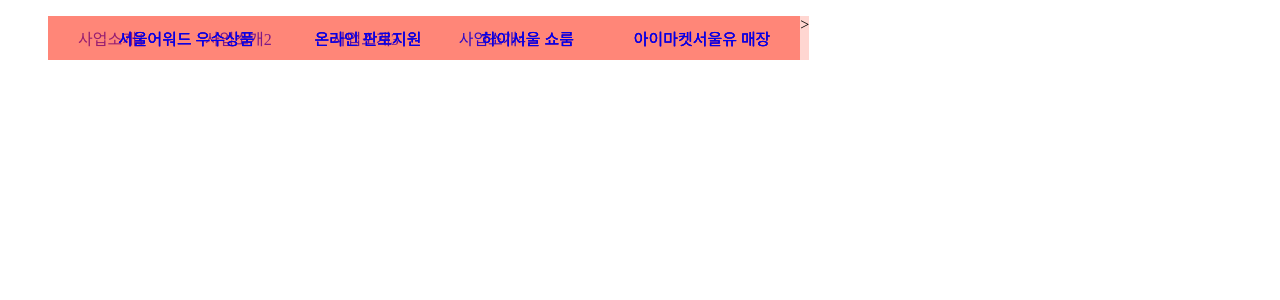
Repository: Ahn-jeong/javabasic
Page: 1.BasicJava/workspace/basic/WebContent/1024/각각메뉴슬라이드.html
The author's editor kept a copy of each file at every save. The page is drawn from the files as they stood at one save, then again after the next save.
The browser window is 1280 px wide. The pictures show the whole page.

Above is the page before, as saved 2019-10-24 05:18:38.

### 1.BasicJava/workspace/basic/WebContent/1024/각각메뉴슬라이드.html
<!DOCTYPE html>
<html>
	<head>
		<meta charset="UTF-8">
		<title>각각 메뉴 슬라이드</title>
		<style>
			ul li{
				list-style: none;
			}
			a {
				text-decoration: none;
			}

			/*메뉴스타일*/

			.dropdown{
				position: relative;
			}
			.dropdown li {
				float : left;
			}
			.dropdown a{
				display: block;
				padding : 10px 30px;
			}

			/*서브메뉴 스타일*/

			.submenu{
				position:absolute;
				margine : 0;
				overflow: hidden;
				background: rgba(100%, 20%, 10%, 0.2);
			}

			.submenu li{
				float : left;
			}

			.submenu li a{
				position : relative;
				display: block;
				float : left;
			}
		</style>
	</head>
	<body>
		<nav>
			<ul class = "dropdown">
				<li><a href = "#">사업소개1</a></li>
				<ul class = "submenu">
					<li><a href = "#">서울어워드 우수상품</a></li>
					<li><a href = "#">온라인 판로지원</a></li>
					<li><a href = "#">하이서울 쇼룸</a></li>
					<li><a href = "#">아이마켓서울유 매장</a></li>
				</ul>
			</ul>
			<ul class = "dropdown">
				<li><a href = "#">사업소개2</a></li>
				<ul class = "submenu">
					<li><a href = "#">서울어워드 우수상품</a></li>
					<li><a href = "#">온라인 판로지원</a></li>
					<li><a href = "#">하이서울 쇼룸</a></li>
					<li><a href = "#">아이마켓서울유 매장</a></li>
				</ul>
			</ul>
			<ul class = "dropdown">
				<li><a href = "#">사업소개3</a></li>
				<ul class = "submenu">
					<li><a href = "#">서울어워드 우수상품</a></li>
					<li><a href = "#">온라인 판로지원</a></li>
					<li><a href = "#">하이서울 쇼룸</a></li>
					<li><a href = "#">아이마켓서울유 매장</a></li>
				</ul>
			</ul>
			<ul class = "dropdown">
				<li><a href = "#">사업소개4</a></li>
				<ul class = "submenu">
					<li><a href = "#">서울어워드 우수상품</a></li>
					<li><a href = "#">온라인 판로지원</a></li>
					<li><a href = "#">하이서울 쇼룸</a></li>
					<li><a href = "#">아이마켓서울유 매장</a></li>>
				</ul>
			</ul>
		</nav>
	</body>
</html>

After the next save:
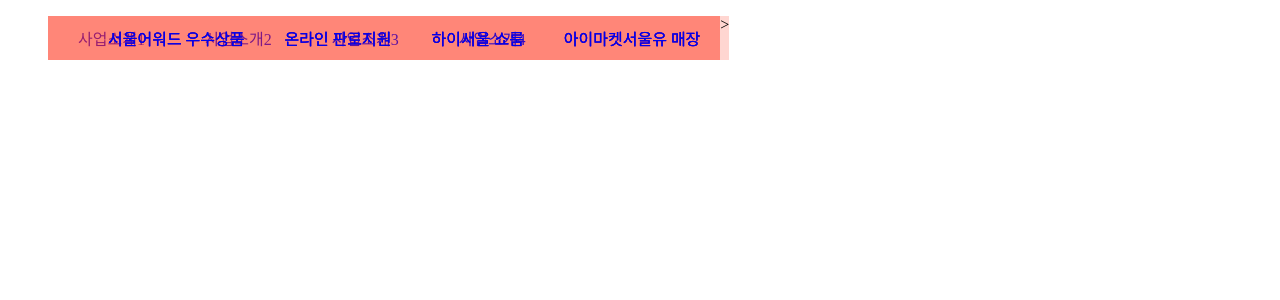
Saved 10 s later.
--- a/1.BasicJava/workspace/basic/WebContent/1024/각각메뉴슬라이드.html
+++ b/1.BasicJava/workspace/basic/WebContent/1024/각각메뉴슬라이드.html
@@ -41,6 +41,7 @@
 				position : relative;
 				display: block;
 				float : left;
+				padding : 10px 20px;
 			}
 		</style>
 	</head>
